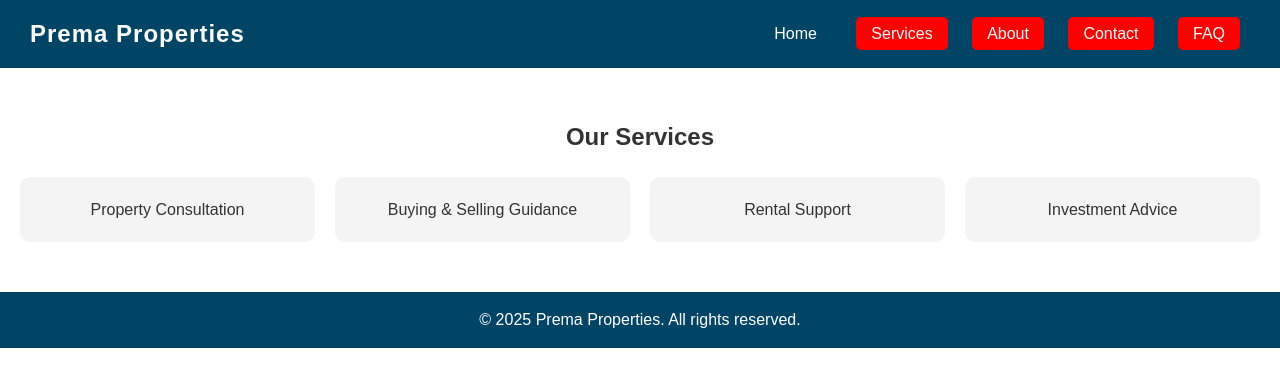
Repository: mnqobiMenzi/Prema-Properties
Page: services.html
These files come from the project's save history. The page is drawn as it stood at one moment and after a run of saves; the edit follows.
The browser window is 1280 px wide. The pictures show the whole page.

Above is the page before, as saved 2025-10-04 08:52:24.

### services.html
<!DOCTYPE html>
<html lang="en">
<head>
  <meta charset="UTF-8">
  <meta name="viewport" content="width=device-width, initial-scale=1.0">
  <title>Prema Properties</title>
  <link rel="stylesheet" href="CSS/style.css">
</head>
<body>

  <!-- Header / Navigation -->
  <header>
    <div class="logo">Prema Properties</div>
    <nav>
      <a href="index.html">Home</a>
      <a href="#services" class="active">Services</a>
      <a href="about-us.html" class="active">About</a>
      <a href="contact-us.html" class="active">Contact</a>
      <a href="FAQ.html" class="active">FAQ</a>
    </nav>
  </header>
  <!-- Services Section -->
  <section id="services" class="services">
    <h2>Our Services</h2>
    <div class="service-list">
      <div class="service">Property Consultation</div>
      <div class="service">Buying & Selling Guidance</div>
      <div class="service">Rental Support</div>
      <div class="service">Investment Advice</div>
    </div>
  </section>

  <!-- Footer -->
  <footer>
    <p>© 2025 Prema Properties. All rights reserved.</p>
  </footer>

</body>
</html>

### CSS/style.css
* {
  margin: 0;
  padding: 0;
  box-sizing: border-box;
  font-family: Arial, sans-serif;
}

body {
  line-height: 1.6;
  color: #333;
}

/* Header */
header {
  position: sticky;
  top: 0;
  display: flex;
  justify-content: space-between;
  align-items: center;
  padding: 15px 30px;
  background: #004466;
  color: #fff;
  z-index: 1000;
}
header .logo {
  font-size: 1.5em;
  font-weight: 700;
  font-family: 'Poppins', sans-serif;
  color: #fff;
  letter-spacing: 1px;
  display: flex;
  align-items: center;
}
header nav a {
  margin: 0 10px;
  color: #fff;
  padding: 8px 15px;
  border-radius: 5px;
  text-decoration: none;
  font-weight: 500;
  font-family: 'Poppins', sans-serif;
  transition: color 0.3s ease, border-bottom 0.3s ease;
}

header nav a:hover {
  color: #fff;
  background: rgba(128, 128, 128, 0.3);
  /* border-bottom: 2px solid #ffcc00; */
  padding-bottom: 3px;
}
/* Active link */
header nav a.active {
  /* background: #ffcc00;
  font-weight: bold;
  border-bottom: 2px solid #004466; */
  background: red;
}
/* Hero */
.hero {
  background: url('https://source.unsplash.com/1600x600/?house,property') no-repeat center center/cover;
  color: white;
  text-align: center;
  padding: 100px 20px;
}
.hero h1 {
  font-size: 2.5em;
}
.hero .btn {
  display: inline-block;
  margin-top: 20px;
  padding: 10px 20px;
  background: #ff6600;
  color: white;
  border-radius: 5px;
  text-decoration: none;
}
.hero .btn:hover {
  background: #cc5200;
}

/* Sections */
section {
  padding: 50px 20px;
  text-align: center;
}
.services .service-list {
  display: grid;
  grid-template-columns: repeat(auto-fit, minmax(200px, 1fr));
  gap: 20px;
  margin-top: 20px;
}
.service {
  background: #f4f4f4;
  padding: 20px;
  border-radius: 10px;
}

/* Contact */
.contact form {
  display: flex;
  flex-direction: column;
  max-width: 400px;
  margin: auto;
}
.contact input, .contact textarea {
  margin-bottom: 15px;
  padding: 10px;
  border: 1px solid #ddd;
  border-radius: 5px;
}
.contact button {
  padding: 10px;
  border: none;
  background: #004466;
  color: white;
  cursor: pointer;
  border-radius: 5px;
}
.contact button:hover {
  background: #00334d;
}

/* Footer */
footer {
  background: #004466;
  color: #fff;
  text-align: center;
  padding: 15px;
}

After the next 2 saves:
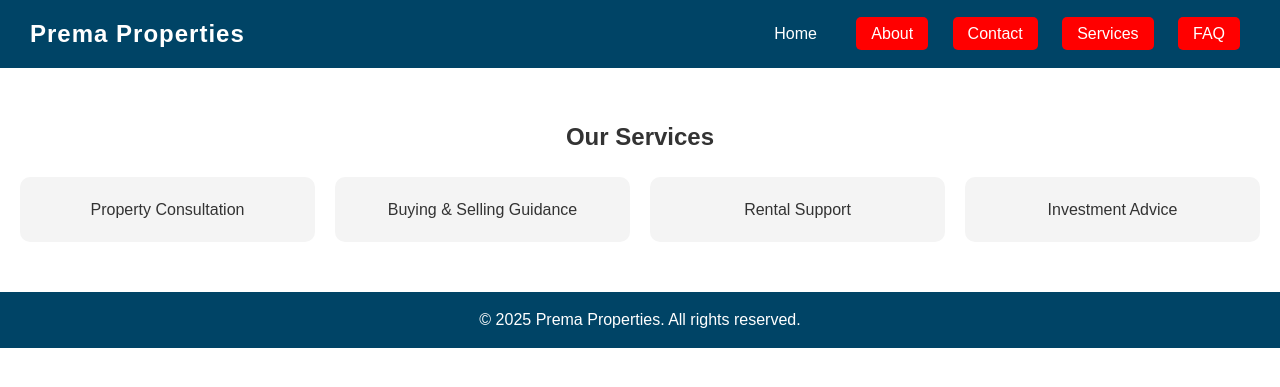
The 2 saves are shown as one change because they came seconds apart.
The last was saved 12 s later.
--- a/services.html
+++ b/services.html
@@ -13,9 +13,9 @@
     <div class="logo">Prema Properties</div>
     <nav>
       <a href="index.html">Home</a>
-      <a href="#services" class="active">Services</a>
       <a href="about-us.html" class="active">About</a>
       <a href="contact-us.html" class="active">Contact</a>
+      <a href="#services" class="active">Services</a>
       <a href="FAQ.html" class="active">FAQ</a>
     </nav>
   </header>
